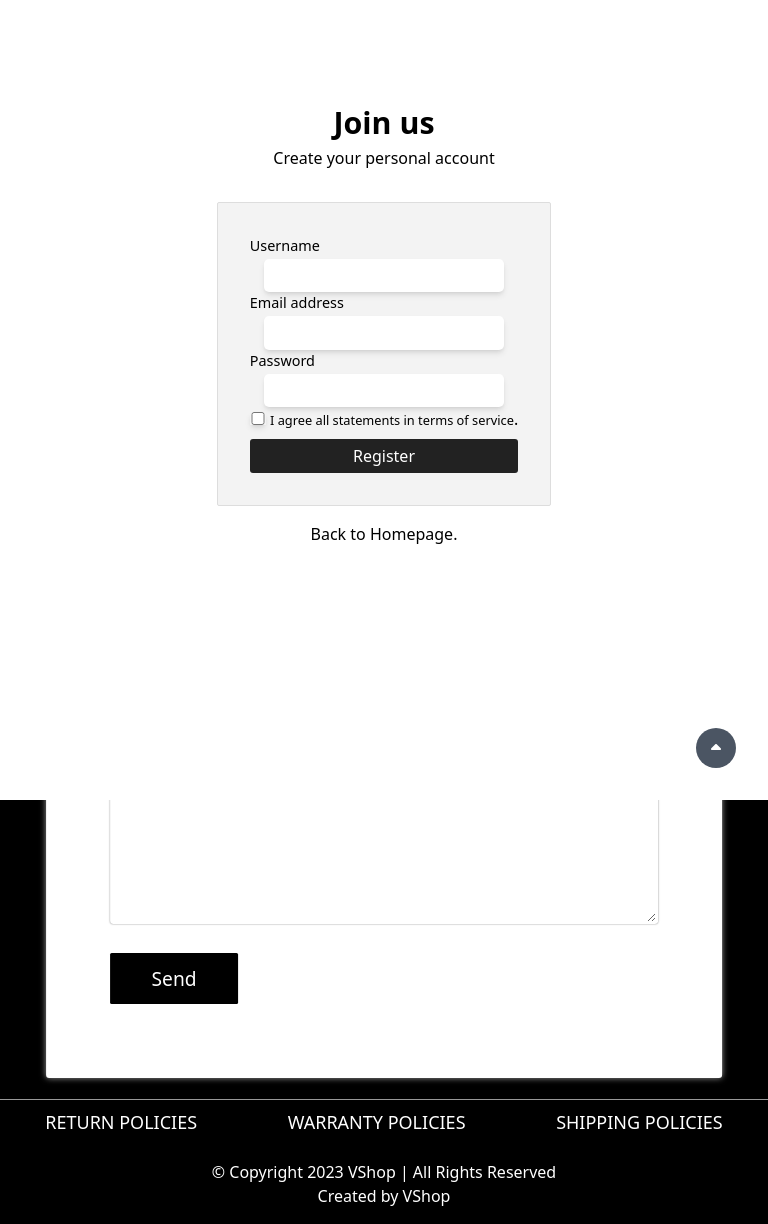
Repository: Kith933UTH/VSHOP
Page: /register
These files come from the project's save history. The page is drawn as it stood at one moment and after the next save; the edit follows.
The browser window is 768 px wide. The pictures show the whole page.
Pictures or frames that could not be fetched are drawn as grey boxes. The project was rebuilt for these pictures with package versions that can differ from the ones it lists, and the page was loaded fresh each time. Also part of the build but not shown: src/components/product-item/ProductItem.js, src/components/loader/Loader.js, src/constants/constants.js, src/components/product-filters/Category.js, src/components/product-filters/Price.js, src/components/product-filters/Rating.js, src/components/product-filters/ProductFilters.js, src/components/cart-shopping/CartEmpty.js and 18 more.

Above is the page before, as saved 2023-08-02 16:11:05.

### public/index.html
<!DOCTYPE html>
<html lang="en">
  <head>
    <meta charset="utf-8" />
    <link rel="icon" href="./logo.png" />
    <meta name="viewport" content="width=device-width, initial-scale=1" />
    <meta name="theme-color" content="#000000" />
    <meta
      name="description"
      content="Web site created using create-react-app"
    />
    <link rel="apple-touch-icon" href="%PUBLIC_URL%/logo192.png" />
    <!--
      manifest.json provides metadata used when your web app is installed on a
      user's mobile device or desktop. See https://developers.google.com/web/fundamentals/web-app-manifest/
    -->
    <link rel="manifest" href="%PUBLIC_URL%/manifest.json" />
    <!--
      Notice the use of %PUBLIC_URL% in the tags above.
      It will be replaced with the URL of the `public` folder during the build.
      Only files inside the `public` folder can be referenced from the HTML.

      Unlike "/favicon.ico" or "favicon.ico", "%PUBLIC_URL%/favicon.ico" will
      work correctly both with client-side routing and a non-root public URL.
      Learn how to configure a non-root public URL by running `npm run build`.
    -->
    <title>VShop</title>
  </head>
  <body>
    <noscript>You need to enable JavaScript to run this app.</noscript>
    <div id="root"></div>
  </body>
</html>

### src/index.js
import React from 'react'
import ReactDOM from 'react-dom/client'
import App from './App'
import {Provider} from "react-redux"
import {BrowserRouter} from "react-router-dom"
import {store} from "./redux"
import './index.css'

const root = ReactDOM.createRoot(document.getElementById('root'))
root.render(
    <Provider store={store}>
        <BrowserRouter>
            <App />
        </BrowserRouter>
    </Provider>
)

### src/redux/index.js
import {configureStore} from "@reduxjs/toolkit"
import {productsApi} from "./products/products.api"
import {productReducer} from "./products/products.slice"
import {setupListeners} from "@reduxjs/toolkit/query"

export const store = configureStore({
    reducer: {
        [productsApi.reducerPath]: productsApi.reducer,
        product: productReducer
    },
    middleware: getDefaultMiddleware => getDefaultMiddleware().concat(productsApi.middleware)
})

setupListeners(store.dispatch)

### src/index.css
@tailwind base;
@tailwind components;
@tailwind utilities;

@layer utilities {
    input[type="number"]::-webkit-inner-spin-button,
    input[type="number"]::-webkit-outer-spin-button {
        @apply appearance-none;
    }
}

html, body {
    width: 100%;
    height: 100%;
}

body::-webkit-scrollbar,
.box-item::-webkit-scrollbar,
.search-box::-webkit-scrollbar{
    width: 8px;
}

main {
    display: flex;
    flex-direction: column;
    height: 100%;
}

body::-webkit-scrollbar-thumb,
.box-item::-webkit-scrollbar-thumb,
.search-box::-webkit-scrollbar-thumb{
    background-color: #ccc;
    border-radius: 20px;
}

#root {
    height: 100%;
}

body {
    overflow: hidden;
}

.productItem:hover {
    transition: opacity .3s linear;
    opacity: .5;
}

.box-item {
    height: 320px;
    overflow-y: scroll;
}

/* Loader */
.loader-box {
    width: 100px;
    height: 100px;
    display: flex;
    justify-content: center;
    align-items: center;
    margin: 50px auto 0;
}

.loader{
    position: relative;
    width: 70px;
    height: 70px;
}

.loader span {
    position: absolute;
    top:0;
    left: 0;
    width: 100%;
    height: 100%;
    transform: rotate(calc(18deg * var(--i)));
}

.loader span::before {
    content:'';
    position: absolute;
    top: 0;
    left: 0;
    width: 10px;
    height: 10px;
    background: #000;
    border-radius: 50%;
    transform: scale(0);
    animation: animate 2s linear infinite;
    animation-delay: calc(0.1s * var(--i));
}
@keyframes animate {
    0%{
        transform: scale(0);
    }
    10%{
        transform: scale(1.2);
    }
    80%,100%{
        transform: scale(0);
    }
}

### src/context/context.js
import {createContext} from "react"

export const Context = createContext()

### src/components/footer/Footer.js
import React from "react"
import { Contact } from "../contact/Contact"
import { Policy } from "../policy/Policy"
export function Footer() {
    return (
        <footer className='bg-black text-white in-h-fit'>
            {/* <div className='max-w-[1240px] mx-auto py-2 text-sm sm:text-base'>
                <div className='flex justify-center'>
                    <a href='https://github.com/VolodymyrGoshko/react-shop'
                       target='_blank'
                       rel="noreferrer"
                       className='capitalize border-b mb-3 text-base hover:text-gray-300 transition'
                    >
                        view source code on github
                    </a>
                </div>
                <div className='flex justify-center flex-col items-center'>
                    <p className='text-center'>© Copyright 2022 React Shop | All Rights Reserved</p>
                    <a href='https://www.linkedin.com/in/volodymyr-goshko-656ab920b/'
                       target="_blank"
                       rel="noreferrer"
                       className='hover:text-gray-300 transition'
                    >
                        Created by Volodymyr Goshko
                    </a>
                </div>
            </div> */}
            <Contact />
            <Policy />
            <div className='flex justify-center flex-col items-center my-4'>
                    <p className='text-center'>© Copyright 2023 VShop | All Rights Reserved</p>
                    <a href='#' className='hover:text-gray-300 transition' >
                        Created by VShop
                    </a>
                </div>
        </footer>
    )
}

### src/components/btn-scroll/BtnScroll.js
import React from "react"
import {FontAwesomeIcon} from "@fortawesome/react-fontawesome"
import {faCaretUp} from "@fortawesome/free-solid-svg-icons"

export function BtnScroll() {
    const topClick = () => {
        const body = document.querySelector('body').getBoundingClientRect().top + window.scrollY
        window.scroll({
            top: body,
            behavior: 'smooth'
        })
    }

    return (
        <button
            className='fixed bottom-8 right-4 bg-gray-600 text-white rounded-full w-[30px] h-[30px] md:w-[40px] md:h-[40px] md:right-8 md:bottom-8 z-20 shadow-gray-600'
            onClick={topClick}
        >
            <FontAwesomeIcon icon={faCaretUp}/>
        </button>
    )
}

### src/components/login/RegisterPage.js
import React from 'react'
import { Link } from 'react-router-dom'

import './index.css'

export function RegisterPage() {

    return (
        <div className="register-page text-center m-5-auto">
            <h2>Join us</h2>
            <h5>Create your personal account</h5>
            <form action="/private">
                <p>
                    <label>Username</label><br/>
                    <input className='shadow-md' type="text" name="first_name" required />
                </p>
                <p>
                    <label>Email address</label><br/>
                    <input className='shadow-md' type="email" name="email" required />
                </p>
                <p>
                    <label>Password</label><br/>
                    <input className='shadow-md'  type="password" name="password" requiredc />
                </p>
                <p className='mb-2'>
                    <input className='shadow-md' type="checkbox" name="checkbox" id="checkbox" required /> <span>I agree all statements in <a href="https://google.com" target="_blank" rel="noopener noreferrer">terms of service</a></span>.
                </p>
                <p>
                    <button id="sub_btn" type="submit">Register</button>
                </p>
            </form>
            <footer>
                <p><Link to="/">Back to Homepage</Link>.</p>
            </footer>
        </div>
    )

}

### src/redux/products/products.api.js
import {createApi, fetchBaseQuery} from "@reduxjs/toolkit/query/react"

export const productsApi = createApi({
    reducerPath: 'products/api',
    baseQuery: fetchBaseQuery({
        baseUrl: 'https://fakestoreapi.com'
    }),
    // refetchOnFocus: true,
    endpoints: build => ({
        getProductsAll: build.query({
            query:() => ({
                url: '/products'
            })
        }),
        getProductById: build.query({
            query:(id) => ({
                url: `/products/${id}`
            })
        }),
        getProductByCategory: build.query({
            query:(category) => ({
                url: `/products/category/${category}`
            })
        })
    })
})

export const {
    useGetProductsAllQuery,
    useGetProductByIdQuery,
    useGetProductByCategoryQuery
} = productsApi

### src/components/policy/Policy.js
import React from "react"
import { Link } from "react-router-dom"
export function Policy() {
    return (
        <div className='text-white in-h-fit max-w-[1240px] mx-auto py-2 text-sm sm:text-base flex justify-around items-cente'>
            <Link className='text-lg font-medium text-center' to='/return-policy'>
                RETURN POLICIES
            </Link>
            <Link className='text-lg font-medium text-center' to='/warranty-policy'>
                WARRANTY POLICIES
            </Link>
            <Link className='text-lg font-medium text-center' to='/shipping-policy'>
                SHIPPING POLICIES
            </Link>
        </div>
    )
}

### src/components/login/index.css
/* .m-5-auto {
    margin: 5rem auto
} */

.primary-button {
    margin-top: 5rem;
    margin-right: 1rem;
    padding: .6rem;
    width: 10rem;
    background: #222;
    border: none;
    color: #fff;
    font-size: 1.2rem;
    transition: all .5s;
    cursor: pointer;
    text-transform: capitalize
}

/***    Landing Page     ***/
.main-title,
.main-para {
    color: #f1f1f1
}

.main-title {
    padding-top: 10rem;
    font-size: 5rem;
    font-family: 'Fascinate', cursive;
    text-transform: uppercase
}

.main-para {
    font-size: 2.5rem;
    text-Transform: capitalize
}

#reg_btn span {
    display: inline-block;
    position: relative;
    transition: 0.5s;
}

#reg_btn span:after {
    content: '\00bb';
    position: absolute;
    opacity: 0;
    top: 0;
    right: -20px;
    transition: 0.5s;
}

#reg_btn:hover span {
  padding-right: 25px;
}

#reg_btn:hover span:after {
  opacity: 1;
  right: 0;
}

/***    Login Page     ***/
.login-page h2 {
    font-weight: 700;
    font-size: 1.9rem;
}
.login-page {
    position: fixed;
    top: 0;
    left: 0;
    right: 0;
    bottom: 0;
    z-index: 10;
    background-color: white;
    padding-top: 100px;
}

.login-page form {
    display: inline-block;
    background: #f3f3f3;
    border: 1px solid #ddd;
    border-radius: 2px;
    padding: 2rem;
    margin: 2rem 0 1rem 0
}

.login-page form label {
    float: left;
    font-size: .9rem;
    margin: 0;
    padding: 0
}

.right-label {
    float: right;
    cursor: pointer
}

.login-page input {
    width: 15rem;
    padding: .3rem;
    border-radius: 5px;
    outline: none;
    border: none
}

#sub_btn {
    display: block;
    width: 100%;
    padding: .3rem;
    border: none;
    background: #222;
    color: #fff;
    border-radius: 3px;
}

#sub_btn:hover {
    background: #333;
    transition: all .5s
}

/* footer p {
    margin: 0;
    font-size: .9rem
} */

/***    Register Page     ***/
#checkbox {
    width: 1rem
}

form span {
    font-size: .8rem
}

#reset_pass_lbl {
    float: left
}

/***    Home Page     ***/
.home-page-title {
    color: #222
}


.register-page input {
    width: 15rem;
    padding: .3rem;
    border-radius: 5px;
    outline: none;
    border: none
}

.register-page h2 {
    font-weight: 700;
    font-size: 1.9rem;
}
.register-page {
    position: fixed;
    top: 0;
    left: 0;
    right: 0;
    bottom: 0;
    z-index: 10;
    background-color: white;
    padding-top: 100px;
}

.register-page form {
    display: inline-block;
    background: #f3f3f3;
    border: 1px solid #ddd;
    border-radius: 2px;
    padding: 2rem;
    margin: 2rem 0 1rem 0
}

.register-page form label {
    float: left;
    font-size: .9rem;
    margin: 0;
    padding: 0
}

### src/components/contact/index.css
.contact-section {
    height: 96vh;
    width: 100%;
    border-bottom: 1px solid #999;
}

.form-area {
    position: relative;
    height:700px;
    width: 100%;
    background: black;
    -webkit-box-sizing: border-box;
    box-sizing: border-box;
}

.form-area .form-wrap {
    position: absolute;
    left: 50%;
    -webkit-transform: translateX(-50%);
    -ms-transform: translateX(-50%);
    transform: translateX(-50%);
    width: 1120px;
    background-color: white;
    background-size: cover;
    background-position: center;
    border-radius: 0.2rem;
    -webkit-box-sizing: border-box;
    box-sizing: border-box;
    -webkit-box-shadow: 0 0 0.4rem 0 #999;
    box-shadow: 0 0 0.4rem 0 #999;
}

.form-wrap .title {
    padding-top: 2.4rem;
    width: 100%;
    -webkit-box-sizing: border-box;
    box-sizing: border-box;
}

.form-wrap .title h1 {
    color: black;
    font-size: 2.6rem;
    text-align: center;
}

.form-wrap .contact-area {
    padding-top: 3rem;
    display: -webkit-box;
    display: -ms-flexbox;
    display: flex;
    width: 100%;
    height: auto;
    -webkit-box-sizing: border-box;
    box-sizing: border-box;
}

.contact-area .contact-info {
    display: flex;
    flex-direction: column;
    justify-content: center;
    align-items: center;
    width: 35%;
    height: 100%;
    margin-left: 6rem;
}

.contact-info>div {
    margin-bottom: 1rem;
    display: -webkit-box;
    display: -ms-flexbox;
    display: flex;
    -webkit-box-align: center;
    -ms-flex-align: center;
    align-items: center;
}

.contact-info>div>p {
    color: #333;
    font-size: 1.4rem;
    font-weight: 500;
    text-align: center;
}

.contact-info>div>span {
    color: #61790a;
    font-size: 2rem;
    margin-right: 0.8rem;
}

.contact-area .contact-form {
    display: -webkit-box;
    display: -ms-flexbox;
    display: flex;
    -webkit-box-orient: vertical;
    -webkit-box-direction: normal;
    -ms-flex-direction: column;
    flex-direction: column;
    width: 60%;
    height: auto;
    padding: 0 3rem;
    -webkit-box-sizing: border-box;
    box-sizing: border-box;
}

.contact-form .name-field {
    display: -webkit-box;
    display: -ms-flexbox;
    display: flex;
    -webkit-box-pack: justify;
    -ms-flex-pack: justify;
    justify-content: space-between;
}

.name-field .input-area {
    width: 48%;
}

.contact-form .input-area {
    position: relative;
    margin-bottom: 2rem;
}

.input-area input {
    height: 3rem;
    width: 100%;
    color: #333;
    font-size: 1.2rem;
    border: 2px solid #fff;
    border-radius: 0.2rem;
    /* background: #eff; */
    -webkit-box-shadow: 0 0 0.1rem #666;
    box-shadow: 0 0 0.1rem #666;
    outline: none;
    padding: 0 1rem;
    -webkit-box-sizing: border-box;
    box-sizing: border-box;
    -webkit-transition: all 0.3s ease;
    -o-transition: all 0.3s ease;
    transition: all 0.3s ease;
}

.input-area label {
    position: absolute;
    top: 50%;
    left: 1rem;
    -webkit-transform: translateY(-50%);
    -ms-transform: translateY(-50%);
    transform: translateY(-50%);
    color: #333;
    font-size: 1.2rem;
    font-weight: 500;
    -webkit-transition: all 0.3s ease;
    -o-transition: all 0.3s ease;
    transition: all 0.3s ease;
}

.input-area input:focus~label,
.input-area input:valid~label {
    top: -0.8rem;
    left: 0;
    color: #fff;
    background: #111;
    border-radius: 5px;
    padding: 0.2rem;
    font-size: 1rem;
}

.contact-form .message-area {
    position: relative;
    -webkit-box-flex: 1;
    -ms-flex: 1 1 auto;
    flex: 1 1 auto;
    height: 200px;
    width: 100%;
}

.message-area textarea {
    height: 100%;
    width: 100%;
    border: 2px solid #fff;
    outline: none;
    font-size: 1.2rem;
    padding: 1rem;
    color: #333;
    -webkit-box-sizing: border-box;
    box-sizing: border-box;
    -webkit-box-shadow: 0 0 0.1rem #666;
    box-shadow: 0 0 0.1rem #666;
    border-radius: 0.2rem;
    resize: vertical;
    -webkit-transition: all 0.3s ease;
    -o-transition: all 0.3s ease;
    transition: all 0.3s ease;
}

.message-area label {
    position: absolute;
    color: #333;
    font-weight: 500;
    font-size: 1.2rem;
    top: 1rem;
    left: 1rem;
    -webkit-transition: all 0.3s ease;
    -o-transition: all 0.3s ease;
    transition: all 0.3s ease;
}

.message-area textarea:focus~label,
.message-area textarea:valid~label {
    top: -1.6rem;
    left: 0;
    color: #fff;
    padding: 0.2rem;
    background: #111;
    font-size: 1rem;
}

.contact-form .btn {
    margin-top: 1.8rem;
}

.contact-form .btn button {
    height: 3.2rem;
    width: 8rem;
    border: none;
    outline: none;
    color: #fff;
    font-size: 1.2rem;
    background: black;
    border-radius: 0.1rem;
    cursor: pointer;
}

#contact.menu-active {
    padding-top: 2rem;
}

### src/components/contact/reponsive.css
@media screen and (min-width: 940px) and (max-width: 1360px) {
    /* .contact-section {
        height: 107vh;
    } */
    .form-area .form-wrap {
        width: 90%;
        height: 620px;
    }
}

@media screen and (max-width: 1040px) {
    .contact-area .contact-info {
        margin-left: 0;
        display: flex;
        flex-direction: column;
        justify-content: center;
        align-items: center;
    }

    .contact-area .contact-form {
        padding: 0 1.8rem;
    }

}



@media screen and (max-width: 940px) {
    /* .contact-section {
        height: 148vh;
    } */

    .form-area .form-wrap {
        padding-bottom: 3.6rem;
        width: 80%;
        height: auto;
    }

    .form-wrap .contact-area {
        -webkit-box-orient: vertical;
        -webkit-box-direction: normal;
        -ms-flex-direction: column;
        flex-direction: column;
        -webkit-box-pack: center;
        -ms-flex-pack: center;
        justify-content: center;
    }

    .contact-area .contact-info {
        width: 100%;
    }

    .contact-area .contact-form {
        width: 100%;
        padding: 1rem 4rem 0 4rem;
    }
}


@media screen and (max-width: 836px) {
    .contact-section {
        min-height: 96vh;
    }
}

@media screen and (max-width: 770px) {
    .contact-section {
        height: 1100px;
    }

    .form-area .form-wrap {
        width: 88%;
        height: auto;
    }
}

@media screen and (max-width: 680px) {
    .contact-section {
        height: 1100px;
    }


    .form-area .form-wrap {
        /* top: -82%; */
        width: 88%;
        height: auto;
    }

}


@media screen and (max-width: 490px) {
    .contact-section {
        height: 1100px;
    }

    .contact-area .contact-info {
        width: 88%;
        margin-left: 1.2rem;
    }

    .form-area .form-wrap {
        /* top: -82%; */
        width: 88%;
        height: auto;
    }

    .contact-info>div>p {
        font-size: 1.2rem;
    }

    .contact-area .contact-form {
        margin-top: 1.4rem;
        padding: 0 1.2rem;
    }

}

@media screen and (max-width: 390px) {
    .contact-section {
        height: 1130px;
    }

    .contact-area .contact-info {
        width: 80%;
        /* margin-left: 1.2rem; */
    }

    .form-area .form-wrap {
        width: 90%;
        height: auto;
    }

    .contact-info>div>p {
        font-size: 1.2rem;
    }

    .contact-area .contact-form {
        width: 100%;
        padding: 1rem 1rem 0 1rem;
    }
}


@media screen and (max-width: 340px) {
    .contact-section {
        height: 980px;
    }

    .form-area .form-wrap {
        top: -86%;
        width: 96%;
    }

    .contact-area  {
        width: 100%;
    }

    .contact-area .contact-info {
        width: 100%;
        margin-left: 1rem;
    }

    .form-wrap .title h1 {
        font-size: 2rem;
    }

    .contact-info>h2 {
        font-size: 1.6rem;
    }

    .contact-info>div>p {
        font-size: 1rem;
    }

    .contact-info>div>span {
        font-size: 1.2rem;
    }

    .input-area label {
        font-size: 1rem;
    }

    .message-area label {
        font-size: 1rem;
    }

}

Loaded but not shown: tailwind.config.js (common file); src/components/contact/Contact.js (66 lines, source omitted); src/App.js (41 lines, source omitted); src/redux/products/products.slice.js (60 lines, source omitted)

After the next save:
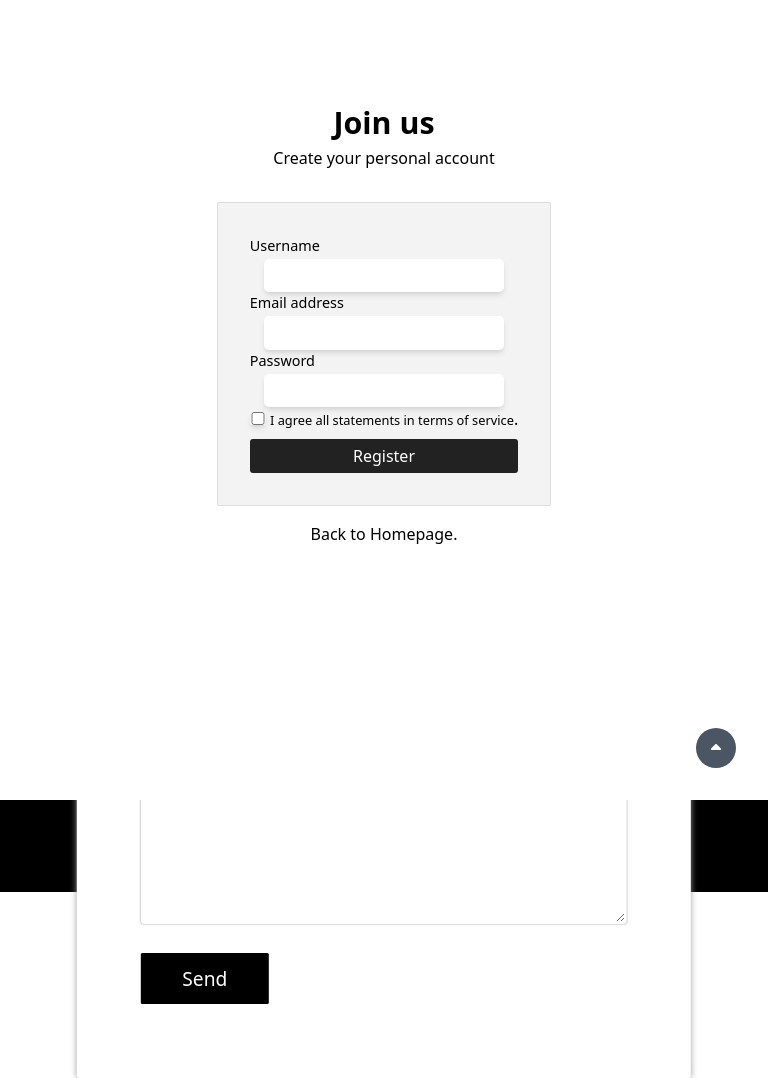
Saved 35 s later.
--- a/src/components/contact/reponsive.css
+++ b/src/components/contact/reponsive.css
@@ -63,7 +63,7 @@
     }
 }
 
-@media screen and (max-width: 770px) {
+/* @media screen and (max-width: 770px) {
     .contact-section {
         height: 1100px;
     }
@@ -72,7 +72,7 @@
         width: 88%;
         height: auto;
     }
-}
+} */
 
 @media screen and (max-width: 680px) {
     .contact-section {

After the save that followed:
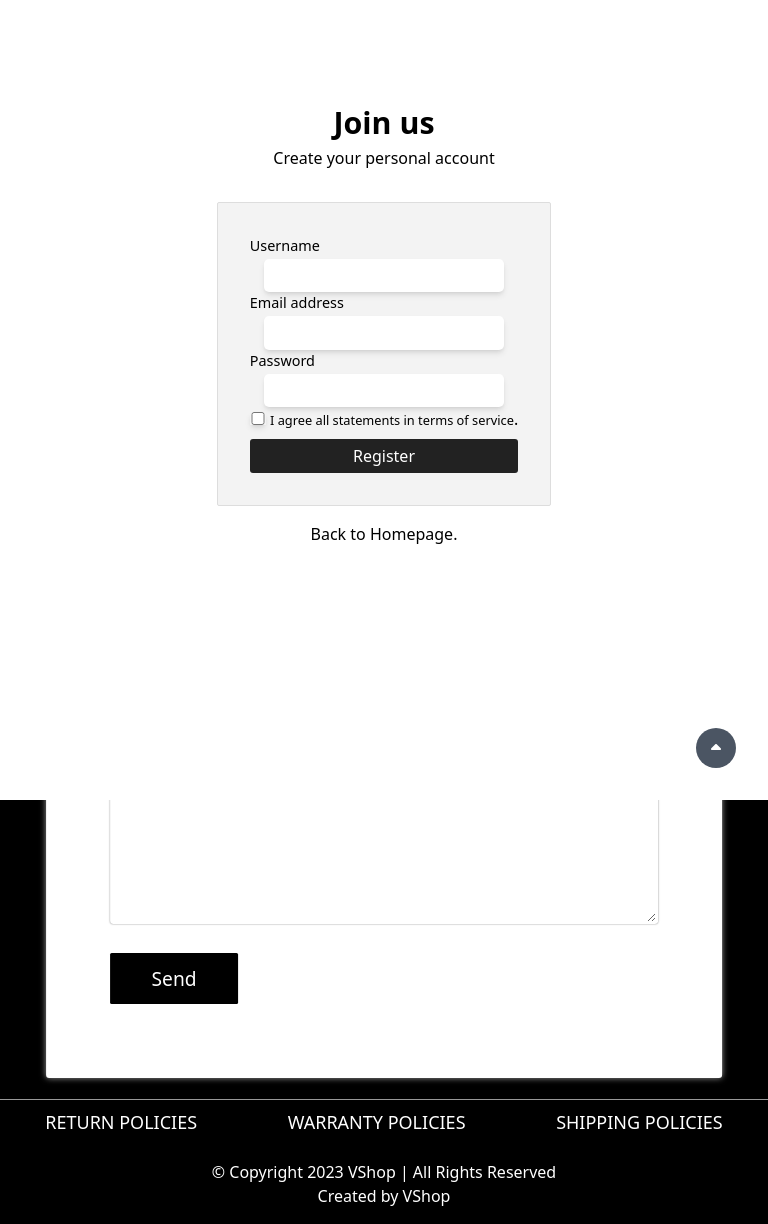
Saved 19 s later.
--- a/src/components/contact/reponsive.css
+++ b/src/components/contact/reponsive.css
@@ -56,14 +56,14 @@
     }
 }
 
-
+/*
 @media screen and (max-width: 836px) {
     .contact-section {
         min-height: 96vh;
     }
-}
+} */
 
-/* @media screen and (max-width: 770px) {
+@media screen and (max-width: 770px) {
     .contact-section {
         height: 1100px;
     }
@@ -72,7 +72,7 @@
         width: 88%;
         height: auto;
     }
-} */
+}
 
 @media screen and (max-width: 680px) {
     .contact-section {
